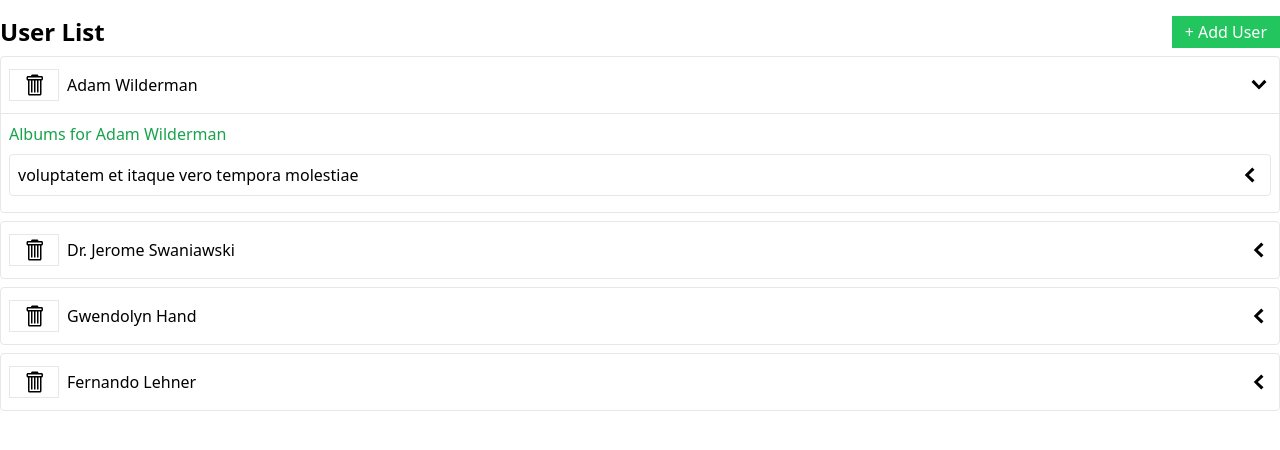
Repository: Marhamat92/users-app-redux-thunk-and-query
Page: /, after clicking the first element matching `div.p-2 > :nth-child(2)`
These files come from the project's save history. The page is drawn as it stood at one moment and after the next save; the edit follows.
The browser window is 1280 px wide. The pictures show the whole page.
The project was rebuilt for these pictures with package versions that can differ from the ones it lists, and the page was loaded fresh each time. Requests to the local data server were answered from the project's data file.

Above is the page before, as saved 2023-02-02 17:35:21.

### src/index.js
import React from 'react';
import ReactDOM from 'react-dom/client';
import './index.css';
import App from './App';
import { Provider } from 'react-redux';
import { store } from './store';

const root = ReactDOM.createRoot(document.getElementById('root'));
root.render(
  <Provider store={store}>
    <App />
  </Provider>
);

### src/App.js
import UsersList from "./components/UsersList";


function App() {
  return (
    <div className="container mx-auto">
      <UsersList />
    </div>
  );
}

export default App;

### src/store/index.js
import { configureStore } from '@reduxjs/toolkit';
import { usersReducer } from './slices/usersSlice';
import {albumsApi} from './apis/albumsApi'; //we import the api that we created in the albumsApi.js
import {setupListeners} from '@reduxjs/toolkit/query'; //this is the function that we use //!to listen to the api

export const store = configureStore({
  reducer: {
    users: usersReducer,
    [albumsApi.reducerPath]:albumsApi.reducer //we add the reducer of the api to the store. there is another way: //!albums:albumsApi.reducer
  },
  middleware: (getDefaultMiddleware) => getDefaultMiddleware().concat(albumsApi.middleware) //we add the middleware of the api to the store
  //Middleware helps you with logging, error reporting, making asynchronous requests, and a whole lot more.
 });

setupListeners(store.dispatch); //we use this function to //!listen to the api

export * from './thunks/fetchUsers'; //  We are importing this here and exporting it from here so we can use it in App.js
export * from './thunks/addUser'; //  We are importing this here and exporting it from here so we can use it in App.js
export * from './thunks/removeUser'; //  We are importing this here and exporting it from here so we can use it in App.js
export {useFetchAlbumsQuery} from './apis/albumsApi'; //we export the hook of the api to use it in the component

### src/components/UsersList.js
import React, { useEffect, useState } from 'react'
import { fetchUsers, addUser } from '../store'
import { useDispatch, useSelector } from 'react-redux'
import Skeleton from './Skeleton'
import Button from './Button'
import { useThunk } from '../hooks/use-thunk'
import UsersListItem from './UsersListItem'



function UsersList() {
  const dispatch = useDispatch()
  const { data } = useSelector((state) => {
    return state.users;
  });
  // const [isLoadingUsers, setIsLoadingUsers] = useState(false)  //!we removed these two lines because we are using hook useThunk
  // const [loadingUsersError, setLoadingUsersError] = useState(null)
  const [doFetchUsers, isLoadingUsers, loadingUsersError] = useThunk(fetchUsers) //!we are using useThunk hook to get the data from the server
  //! we deleted isLoading and error from destructring because we will use useState instead of isLoading and error which are isLoadingUsers and loadingUsersError
  // const [isAddingUser, setIsAddingUser] = useState(false)
  // const [addingUserError, setAddingUserError] = useState(null)
  const [doAddUser, isAddingUser, addingUserError] = useThunk(addUser) //!we are using useThunk hook to add the data to the server


  useEffect(() => {

    doFetchUsers(); //!we are using doFetchUsers instead of dispatch(fetchUsers()) because we are using useThunk hook
    //when we console log dispatch we see unwrap, so we ca use t to create a promise and then we can use then and catch to show the loading or error accordingly
  }, [doFetchUsers])

  const handleAddUser = () => {
    doAddUser()
  }

  let content;
  if (isLoadingUsers) {
    content = <Skeleton className="h-10 w-full" times={10} />
  } else if (loadingUsersError) {
    content = <div>Error while fetching data..</div>
  } else {
    content = data.map((user) => {
      return (
        <UsersListItem key={user.id} user={user} />
      )
    })
  }


  return (

    <div>
      <div className='flex flex-row justify-between items-center mt-4' >
        <h1 className='text-2xl font-bold' >User List</h1>
        <Button loading={isAddingUser} onClick={handleAddUser} success>
          + Add User
        </Button>
        {addingUserError && <div>Error while adding user</div>}
      </div>
      {content}
    </div>
  )
}

export default UsersList

### src/store/slices/usersSlice.js
import { createSlice } from '@reduxjs/toolkit';
import { fetchUsers } from '../thunks/fetchUsers';
import { addUser } from '../thunks/addUser';
import { removeUser } from '../thunks/removeUser';

const usersSlice = createSlice({
  name: "users",
  initialState: {
    data: [],
    // isLoading: false,
    // error: null,

  },
  reducers: {},// we don't need reducers here because we are not creating a slice, we are creating a slice for fetching users in src/store/thunks/fetchUsers.//js
  extraReducers(builder) {
    builder.addCase(fetchUsers.pending, (state, action) => { state.isLoading = true });
    builder.addCase(fetchUsers.fulfilled, (state, action) => { state.isLoading = false; state.data = action.payload; });
    builder.addCase(fetchUsers.rejected, (state, action) => { state.isLoading = false; state.error = action.payload; });
    builder.addCase(addUser.pending, (state, action) => { state.isLoading = true; })
    builder.addCase(addUser.fulfilled, (state, action) => { state.isLoading = false; state.data.push(action.payload) });
    builder.addCase(addUser.rejected, (state, action) => { state.isLoading = false; state.error = action.error });
    builder.addCase(removeUser.pending, (state, action) => { state.isLoading = true })
    builder.addCase(removeUser.fulfilled, (state, action) => { state.isLoading = false; state.data = state.data.filter(user => user.id !== action.payload.id) })
    builder.addCase(removeUser.rejected, (state, action) => { state.isLoading = false; state.error = action.error })
  }

});


//pending means that we are waiting for the response from the server
//fulfilled means that we got the response from the server
//rejected means that we got an error from the server

export const usersReducer = usersSlice.reducer;

### src/store/apis/albumsApi.js
 import { createApi,fetchBaseQuery} from '@reduxjs/toolkit/query/react'

 const albumsApi = createApi({
    reducerPath: 'albums',  //this is the name of the reducer that we will use in the store
    baseQuery: fetchBaseQuery({   //normally we cant use axios because of redux query has fetch function and its configuration is with fetchBaseQuery
      baseUrl: "http://localhost:3004"
    }),
    endpoints(builder){
      return {
        fetchAlbums:builder.query({
          query:(user)=>{ //we pass the user as a parameter to the query because we need the user id to get the albums of the user from the api and how we found user id in the thunk we pass it to the query
            return {
              url:'/albums',  //this is the url of the api that we add to base url
              params:{      //this is the query parameter that we add to the url ex: http://localhost:3004/albums?userId=1
                userId:user.id //we can add more than one parameter
              },
              method:'GET' //this is the method of the api
              //we don't add body because we don't need to send data to the api
            }
          }
        })
      }

    }

 });

 export const {useFetchAlbumsQuery} = albumsApi; //this is the hook that we use in the component and we take this name from the name of the endpoint,it can be any name we want , for example we name it getAlbums and below we will use useGetAlbumsQuery
 export {albumsApi} //we export the api to use it in the store

### src/store/thunks/fetchUsers.js
import { createAsyncThunk } from "@reduxjs/toolkit";  // we use createAsyncThunk instead of createSlice here because we are not creating a slice, we are creating a thunk for fetching users
import axios from "axios";

const fetchUsers = createAsyncThunk('users/fetch', async () => {
  const response = await axios.get('http://localhost:3004/users')

  //!lets add short pause for development test to see if loading works or not (we will remove it later)
  await pause(1000) //! we are using await here because we want to wait for the pause to finish before we return the response.data
  return response.data;
})


//!lets add short pause for development test to see if loading works or not (we will remove it later)
const pause = (duration) => {
  return new Promise((resolve) => {
    setTimeout(
      resolve, duration)
  })
}


// when we create async thunk, fetchUsers.pending, fetchUsers.fulfilled, fetchUsers.rejected are automatically created and we can use them inside extraReducers in src/store/slices/usersSlice.js
//so fetchUsers.pending === 'users/fetch/pending', fetchUsers.fulfilled === 'users/fetch/fulfilled', fetchUsers.rejected === 'users/fetch/rejected'

//pending means that we are waiting for the response from the server
//fulfilled means that we got the response from the server
//rejected means that we got an error from the server

export { fetchUsers };

### src/store/thunks/addUser.js
import { createAsyncThunk } from '@reduxjs/toolkit';
import axios from 'axios';
import { faker } from '@faker-js/faker';

const addUser = createAsyncThunk('users/add', async () => {
  const response = await axios.post('http://localhost:3004/users', {
    name: faker.name.fullName(),
  });

  return response.data;
});

export { addUser };

### src/store/thunks/removeUser.js
import { createAsyncThunk } from '@reduxjs/toolkit';
import axios from 'axios';

const removeUser = createAsyncThunk(
  'users/remove', async (user) => {
    axios.delete(`http://localhost:3004/users/${user.id}`);
    return user;
  });

export { removeUser }

### src/components/Skeleton.js
import React from 'react'
import classNames from 'classnames'

function Skeleton({ times, className }) {

  const outerClassNames = classNames(
    'relative',
    'overflow-hidden',
    'bg-gray-200',
    'rounded',
    'mb-2.5',
    'mt-2.5',
    className
  );
  const innerClassNames = classNames(
    'animate-shimmer',
    'absolute',
    'inset-0',
    '-translate-x-full',
    'bg-gradient-to-r',
    'from-gray-200',
    'via-white',
    'to-gray-200',


  );

  const boxes = Array(times).fill(0).map((_, i) => {
    return (<div key={i} className={outerClassNames}>
      <div className={innerClassNames} />
    </div>)
  });



  return boxes
}

export default Skeleton

### src/components/Button.js
import className from 'classnames';
import { GoSync } from 'react-icons/go'

function Button({
  children,
  primary,
  secondary,
  success,
  warning,
  danger,
  outline,
  rounded,
  loading,
  ...rest
}) {
  const classes = className(
    rest.className,
    'flex items-center px-3 py-1.5 border h-8',
    {
      'opacity-80': loading,
      'border-blue-500 bg-blue-500 text-white': primary,
      'border-gray-900 bg-gray-900 text-white': secondary,
      'border-green-500 bg-green-500 text-white': success,
      'border-yellow-400 bg-yellow-400 text-white': warning,
      'border-red-500 bg-red-500 text-white': danger,
      'rounded-full': rounded,
      'bg-white': outline,
      'text-blue-500': outline && primary,
      'text-gray-900': outline && secondary,
      'text-green-500': outline && success,
      'text-yellow-400': outline && warning,
      'text-red-500': outline && danger,
    }
  );

  return (
    <button disabled={loading} {...rest} className={classes}>
      {loading ? <GoSync className="animate-spin" /> : children}
    </button>
  );
}

Button.propTypes = {
  checkVariationValue: ({ primary, secondary, success, warning, danger }) => {
    const count =
      Number(!!primary) +
      Number(!!secondary) +
      Number(!!warning) +
      Number(!!success) +
      Number(!!danger);

    if (count > 1) {
      return new Error(
        'Only one of primary, secondary, success, warning, danger can be true'
      );
    }
  },
};

export default Button;

### src/hooks/use-thunk.js
import { useState, useCallback } from 'react'
import { useDispatch } from 'react-redux'

export function useThunk(thunk) {
  const [isLoading, setIsLoading] = useState(false);
  const [error, setError] = useState(null);
  const dispatch = useDispatch();

  const runThunk = useCallback(
    (arg) => {
      setIsLoading(true);
      dispatch(thunk(arg))
        .unwrap()
        .catch((err) => setError(err))
        .finally(() => setIsLoading(false));
    },
    [dispatch, thunk]
  );

  return [runThunk, isLoading, error];
}

### src/components/UsersListItem.js
import React from 'react'
import { GoTrashcan } from 'react-icons/go';
import { removeUser } from '../store';
import Button from './Button';
import { useThunk } from '../hooks/use-thunk';
import ExpandablePanel from './ExpandablePanel';
import AlbumsList from './AlbumsList';


function UsersListItem({ user }) {
  const [doRemoveUser, isLoading, error] = useThunk(removeUser)

  const handleRemoveUser = () => {
    doRemoveUser(user)
  }

  const header = <>
    <Button onClick={handleRemoveUser} loading={isLoading} >
      <GoTrashcan className='text-2xl hover:text-red-500 cursor-pointer ' />
    </Button>
    <div className='flex p-2 justify-between items-center cursor-pointer' >{user.name}</div>
  </>

  return (<ExpandablePanel header={header} >
    <AlbumsList user={user} />
  </ExpandablePanel>
  )
}

export default UsersListItem

### src/components/ExpandablePanel.js
import React, { useState } from 'react'
import { GoChevronDown, GoChevronLeft } from 'react-icons/go'

function ExpandablePanel({ header, children }) {
  const [expanded, setExpanded] = useState(false)


  const toggleExpanded = () => {
    setExpanded(!expanded)
  }



  return (
    <div className="mb-2 border rounded mt-2">
      <div className="flex p-2 justify-between items-center ">
        <div className="flex flex-row items-center justify-between">
          {header}
        </div>
        <div className='cursor-pointer' onClick={toggleExpanded} >
          {expanded ? <GoChevronDown className='text-2xl' /> : <GoChevronLeft className='text-2xl' />}
        </div>
      </div>
      {
        expanded && <div className='p-2 border-t' >
          {children}
        </div>
      }

    </div>
  )
}

export default ExpandablePanel

### src/components/AlbumsList.js
import React from 'react'
import { useFetchAlbumsQuery } from '../store';
import Skeleton from './Skeleton'
import Button from './Button'
import ExpandablePanel from './ExpandablePanel'


function AlbumsList({ user }) {

 const {data,error,isLoading} = useFetchAlbumsQuery(user) //we use the hook of the api to get the data from the api and we pass the user as a parameter to the query because we need the user id to get the albums of the user from the api. error and isLoading are the same as the other hooks which we use in the thunk and we use them to handle the errors and loading
//!we dont use useEffect because the hook of the api is a useEffect hook
 console.log(data,error,isLoading)


 let content;
 if(isLoading){
    content = <Skeleton times={3} />
 } else if(error){
    content = <div>Error Fetching Albums....</div>
 }else{
    content = data.map((album)=>{
      return (
        <ExpandablePanel key={album.id} header={album.title}>
          Photos
        </ExpandablePanel>

      )
    })
 }



  return (
    <div>
      <h1 className="text-green-600">
      {`Albums for ${user.name}`}
      </h1>
      <div>
        {content}
      </div>
    </div>
  )
}

export default AlbumsList

### tailwind.config.js
/** @type {import('tailwindcss').Config} */
module.exports = {
  content: [
    "./src/**/*.{js,jsx,ts,tsx}",
  ],
  theme: {
    extend: {
      keyframes: {
        shimmer: {
          '100%': { transform: 'translateX(100%)' },
        },
      },
      animation: {
        shimmer: 'shimmer 1.5s infinite',
      },
      colors: {},
      fontFamily: {},
      fontSize: {},
      fontWeight: {},
      height: {},
      inset: {},
      letterSpacing: {},
      lineHeight: {},
      margin: {},
      maxHeight: {},
      maxWidth: {},
      minHeight: {},
      minWidth: {},
      opacity: {},
      padding: {},
      screens: {
        xs: "320px",
        sm: "640px",
        md: "768px",
        lg: "1024px",
        xl: "1280px",
        "2xl": "1536px",

      },
      spacing: {},
      stroke: {},
      strokeWidth: {},
      textColor: {},
      width: {},
      zIndex: {},
    },
  },
  plugins: [],
}

### db.json
{
  "users": [
    {
      "name": "Adam Wilderman",
      "id": 3
    },
    {
      "name": "Dr. Jerome Swaniawski",
      "id": 6
    },
    {
      "name": "Gwendolyn Hand",
      "id": 10
    },
    {
      "name": "Fernando Lehner",
      "id": 12
    }
  ],
  "albums": [
    {
      "id":10,
      "title":"voluptatem et itaque vero tempora molestiae",
      "userId":3
    },
    {
      "id":15,
      "title":"voluptatem et itaque",
      "userId":12
    }
  ],
  "photos": []
}

Loaded but not shown: public/index.html (common file); src/index.css (common file)

After the next save:
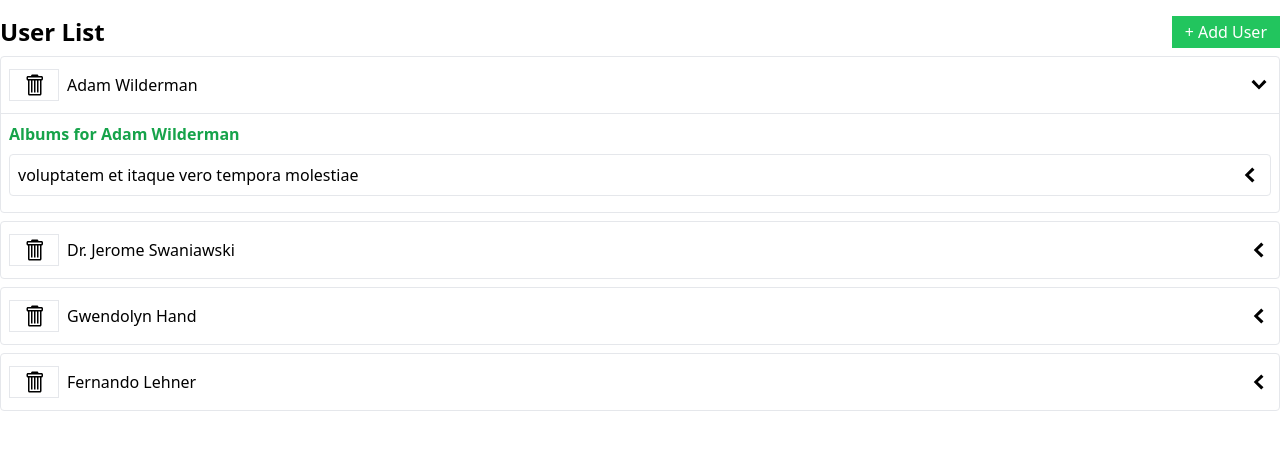
Saved 6 s later.
--- a/src/components/AlbumsList.js
+++ b/src/components/AlbumsList.js
@@ -32,7 +32,7 @@ function AlbumsList({ user }) {
 
   return (
     <div>
-      <h1 className="text-green-600">
+      <h1 className="text-green-600 font-bold">
       {`Albums for ${user.name}`}
       </h1>
       <div>
